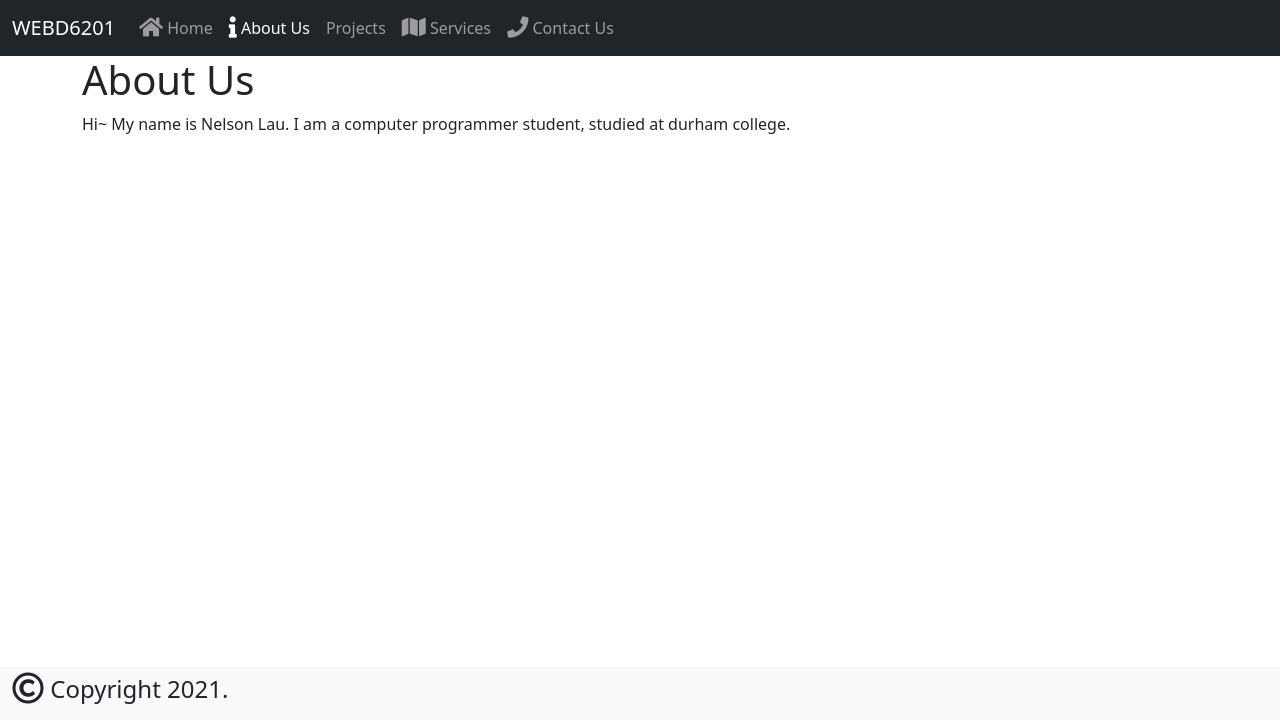
Repository: YiuWingLau/WEBD6201-W2021-Lab1
Page: about.html
An editor plug-in stored every save of this project. The page is shown before and after the next save, followed by the edit.
The browser window is 1280 px wide. The pictures show the whole page.

Above is the page before, as saved 2021-02-03 22:36:04.
Console error: TypeError: Failed to execute 'appendChild' on 'Node': parameter 1 is not of type 'Node'.

### about.html
<!DOCTYPE html>
<html lang="en">
<head>
    <meta charset="UTF-8">
    <meta name="viewport" content="width=device-width, initial-scale=1.0">
    <title>About</title>

    <!--CSS Section -->
    <link rel="stylesheet" href="./node_modules/bootstrap/dist/css/bootstrap.min.css">
    <link rel="stylesheet" href="./node_modules/@fortawesome//fontawesome-free/css/all.min.css">
    <link rel="stylesheet" href="./Content/app.css">
</head>
<body>
    <!-- Main Header-->
    <header>
      <!-- Main Navigation-->
      <nav class="navbar navbar-expand-lg navbar-dark bg-dark">
          <div class="container-fluid">
            <a class="navbar-brand" href="index.html">WEBD6201</a>
            <button class="navbar-toggler" type="button" data-bs-toggle="collapse" data-bs-target="#navbarSupportedContent" aria-controls="navbarSupportedContent" aria-expanded="false" aria-label="Toggle navigation">
              <span class="navbar-toggler-icon"></span>
            </button>
            <div class="collapse navbar-collapse" id="navbarSupportedContent">
              <ul class="navbar-nav me-auto mb-2 mb-lg-0">

                  <li class="nav-item">
                    <a class="nav-link" aria-current="page" href="index.html"><i class="fas fa-home fa-lg"></i> Home</a>
                  </li>

                  <li class="nav-item">
                    <a class="nav-link active" aria-current="page" href="about.html"><i class="fas fa-info fa-lg"></i> About Us</a>
                  </li>
                  <li class="nav-item">
                    <a id="navBarProjects" class="nav-link" aria-current="page" href="products.html"><i class="fas fa-cog fa-lg"></i> Products</a>
                  </li>
                  <li class="nav-item">
                    <a class="nav-link" aria-current="page" href="services.html"><i class="fas fa-map fa-lg"></i> Services</a>
                  </li>
                  <li class="nav-item">
                    <a class="nav-link" aria-current="page" href="contact.html"><i class="fas fa-phone fa-lg"></i> Contact Us</a>
                  </li>
              </ul>
            </div>
          </div>
      </nav>
    </header>

    <!-- Main Content -->
    <main class="container">
        <h1>About Us</h1>
    </main>

    <!-- Main Footer -->
    <footer>
        <nav class="navbar fixed-bottom navbar-light bg-light">
            <div class="container-fluid">
              <h4><i class="far fa-copyright fa-lg"></i> Copyright 2021.</a></h4>
            </div>
        </nav>
    </footer>
    <!-- JavaScript Section -->
    <script src="./node_modules/jquery/dist/jquery.min.js"></script>
    <script src="./node_modules/bootstrap/dist/js/bootstrap.bundle.min.js"></script>
    <script src="./Scripts/app.js"></script>
</body>
</html>

### Content/app.css
body {
    background-color: powerblue;
}

### Scripts/app.js
/* custom JavaScript goes here */

//IIFE - Immediately Invoked Function Expression
//AKA - Anonymous Self-Executing Function
//Closure - limits scope leak

"use strict";

(function()
{
    function displayHome()
    {
        let paragraphOneText =
          "This is a simple site to demonstrate DOM Manipulation for ICE 1";

        let paragraphOneElement = document.getElementById("paragraphOne");

        paragraphOneElement.textContent = paragraphOneText;
        paragraphOneElement.className = "fs-5";

        // Step 1. document.createElement
        let newParagraph = document.createElement("p");
        // Step 2. configure the element
        newParagraph.setAttribute("id", "paragraphTwo");
        newParagraph.textContent = "...And this is paragraph two";
        // Step 3. select the parent element
        let mainContent = document.getElementsByTagName("main")[0];
        // Step 4. Add / Insert the element
        mainContent.appendChild(newParagraph);
        newParagraph.className = "fs-6";

        // another way of injecting content
        let paragraphDiv = document.createElement("div");
        let paragraphThree = `<p id="paragraphThree" class="fs-7 fw-bold">And this is the Third Paragraph</p>`;
        paragraphDiv.innerHTML = paragraphThree;

        // insertions

        // example of inserting before a node
        //newParagraph.before(paragraphDiv);

        // example of inserting after a node
        newParagraph.after(paragraphDiv);

        // deletions

        // example of removing a single element
        //paragraphOneElement.remove();

        // example of removeChild
        mainContent.removeChild(paragraphOneElement);
        // update / modification
        //mainContent.firstElementChild.textContent = "Welcome Home!";

        mainContent.innerHTML = `<h1 id="firstHeading">Welcome to Nelson's web page</h1>
         <p id="paragraphOne" class="fs-3 fw-bold">This is my home page, I'm welcome everyone to visit my site.</p>
        `;

    }

    function displayAbout()
    {
                // Step 1. document.createElement
                let newParagraph = document.createElement("p");


                let myPicture = `<img src="img_me.jpg" alt="Nelson Lau">`;

                // Step 2. configure the element
                newParagraph.setAttribute("id", "introducemyself");
                newParagraph.textContent = "Hi~ My name is Nelson Lau. I am a computer programmer student, studied at durham college.";
                // Step 3. select the parent element
                let mainContent = document.getElementsByTagName("main")[0];
                // Step 4. Add / Insert the element
                mainContent.appendChild(newParagraph);
                newParagraph.className = "fs-6";
                mainContent.appendChild(myPicture);
    }

    function displayProjects()
    {
        // Step 1. document.createElement
        let newParagraph = document.createElement("p");
        // Step 2. configure the element
        newParagraph.setAttribute("id", "myprojects");
        newParagraph.textContent = "Here are my famourite projects.";
        // Step 3. select the parent element
        let mainContent = document.getElementsByTagName("main")[0];
        // Step 4. Add / Insert the element
        mainContent.appendChild(newParagraph);
        newParagraph.className = "fs-6";
    }

    function displayServices()
    {

        // another way of injecting content
        let paragraphDiv = document.createElement("div");
        let paragraphThree = `<p id="paragraphThree" class="fs-7 fw-bold">And this is the Third Paragraph</p>`;
        paragraphDiv.innerHTML = paragraphThree;

        // insertions

        // example of inserting before a node
        // newParagraph.before(paragraphDiv);

        // example of inserting after a node
        newParagraph.after(paragraphDiv);

        // deletions

        // example of removing a single element
        //paragraphOneElement.remove();

        // example of removeChild
       // mainContent.removeChild(paragraphOneElement);
        // update / modification
        //mainContent.firstElementChild.textContent = "Welcome Home!";
    }

    function displayContact()
    {
        let messageArea = document.getElementById("messageArea");
        messageArea.hidden = true;

        // form validation
        let fullName = document.getElementById("fullName");
        fullName.addEventListener("blur", function() {
            if(fullName.value.length < 2)
            {
                fullName.focus();
                fullName.select();
                messageArea.hidden = false;
                messageArea.className = "alert alert-danger";
                messageArea.textContent = "Please enter an appropriate Name";
            }
            else
            {
                messageArea.removeAttribute("class");
                messageArea.hidden = true;
            }
        });

        let sendButton = document.getElementById("sendButton");
        sendButton.addEventListener("click", function(event){
            //event.preventDefault();

            let contact = new Contact(fullName.value, contactNumber.value, emailAddress.value);

            if(contact.serialize())
            {
              localStorage.setItem((localStorage.length + 1).toString(), contact.serialize());
            }

        });
    }

    function displayContactList()
    {
      if (localStorage.length > 0)
      {
        let contactList = document.getElementById("contactList");

        let data = "";

        for (let index = 0; index < localStorage.length; index++)
        {
          let contactData = localStorage.getItem((index + 1).toString());

          let contact = new Contact();
          contact.deserialize(contactData);

          data += `<tr>
          <th scope="row">${index + 1}</th>
          <td>${contact.FullName}</td>
          <td>${contact.ContactNumber}</td>
          <td>${contact.EmailAddress}</td>
        </tr>`;
        }

        contactList.innerHTML = data;
      }
    }



    function Start()
    {
        console.log("App Started...");

        //document.open("text/html","replace");
        //document.write("<a class='nav-link' aria-current='page' href='products.html'><i class="fas fa-cog fa-lg"></i> Products</a>");

        //<a id="navbarSupportedContent">Projects</a>
        //let navBarElement = getElementById("navbarSupportedContent");

        document.getElementById("navBarProjects").href = "projects.html";
        document.getElementById("navBarProjects").text = " Projects";
        //document.getElementById("navBarProjects").setAttribute("class", "fas fa-cog fa-lg");


        switch (document.title)
        {
          case "Home":
              displayHome();
            break;
          case "About":
              displayAbout();
            break;
          case "Projects":
              displayProjects();
            break;
          case "Services":
              displayServices();
            break;
          case "Contact":
              displayContact();
            break;
          case "Contact-List":
            displayContactList();
          break;
        }

    }

    window.addEventListener("load", Start);

})();

Loaded but not shown: node_modules/bootstrap/dist/css/bootstrap.min.css (library); node_modules/@fortawesome/fontawesome-free/css/all.min.css (library); node_modules/jquery/dist/jquery.min.js (library); node_modules/bootstrap/dist/js/bootstrap.bundle.min.js (library)

After the next save:
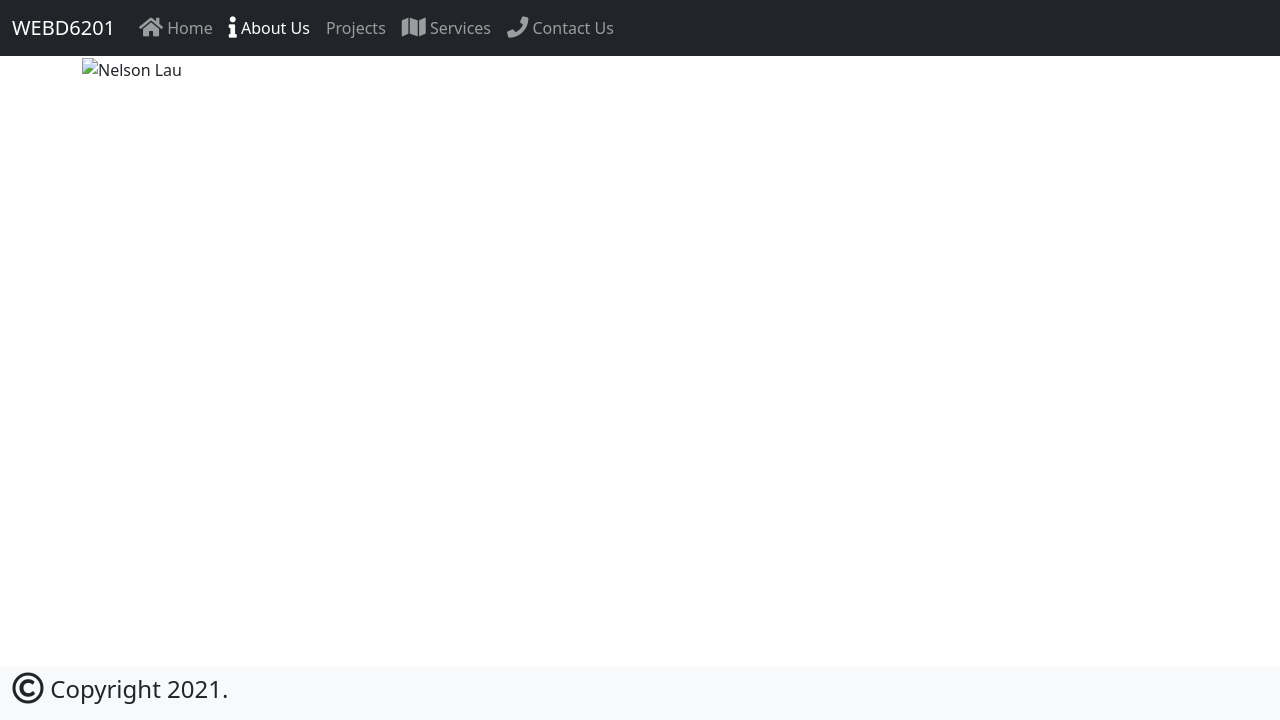
The error is gone.
Not found: img_me.jpg
Saved 78 s later.
--- a/Scripts/app.js
+++ b/Scripts/app.js
@@ -64,7 +64,7 @@
                 let newParagraph = document.createElement("p");
 
 
-                let myPicture = `<img src="img_me.jpg" alt="Nelson Lau">`;
+                let myPicture = `<img src="./img_me.jpg" alt="Nelson Lau">`;
 
                 // Step 2. configure the element
                 newParagraph.setAttribute("id", "introducemyself");
@@ -74,7 +74,7 @@
                 // Step 4. Add / Insert the element
                 mainContent.appendChild(newParagraph);
                 newParagraph.className = "fs-6";
-                mainContent.appendChild(myPicture);
+                mainContent.innerHTML = myPicture;
     }
 
     function displayProjects()
